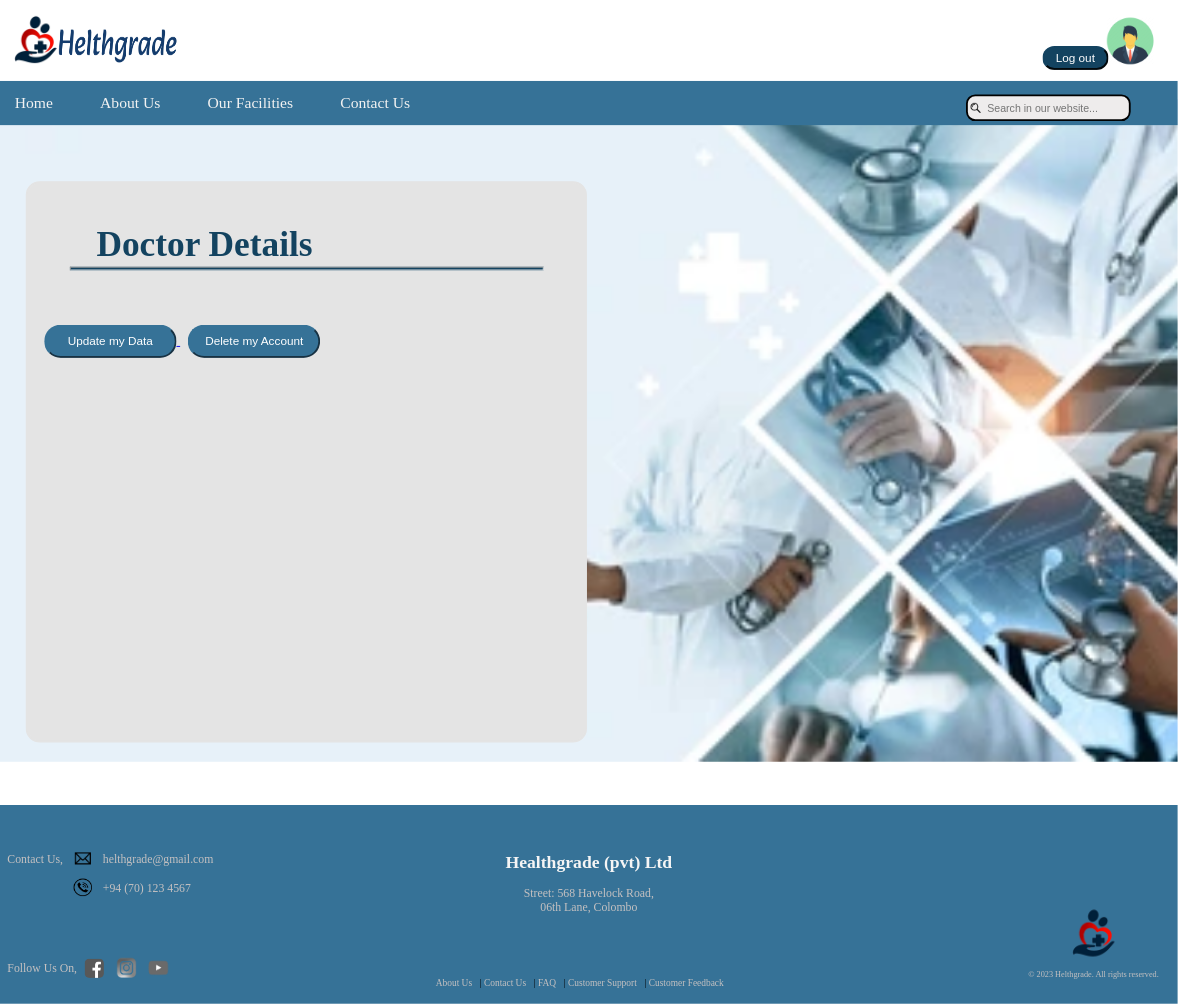
Repository: ILWijewardhana/echannelling-System
Page: http://localhost/echanneling/Doctor.jsp
The author's editor kept a copy of each file at every save. The page is drawn from the files as they stood at one save, then again after the next save.
The browser window is 1280 px wide. The pictures show the whole page, at 92% of full size.
The page is served by Tomcat 9. Other server files are loaded and not shown. The template is opened directly, without the code that normally fills it, so the values that code supplies are empty.

Above is the page before, as saved 2024-05-13 18:03:37.

### echanneling/src/main/webapp/Doctor.jsp
<%@ page language="java" contentType="text/html; charset=ISO-8859-1"
    pageEncoding="ISO-8859-1"%>
    <%@taglib prefix="c" uri="http://java.sun.com/jsp/jstl/core"%>

<!DOCTYPE html>
<html>
<head>
<meta charset="ISO-8859-1">
<title>Doctor account</title>

	 <link rel="stylesheet" href="CSS/doctor.css">
  </head>
  <body>

  <div class="background">
  <div class="blur"></div>
  </div>

  <div class="login">
    <img src="Images/logo.png" id="logo" alt="channel logo">
    <img src="Images/title1.png" id="title" alt="channel title">
    <img src="Images/worker.png" id="pImg" alt="profile image">
  </div>
  <div class="Aname">
    <a href="Home.jsp" id="logout" ><button>Log out</button></a>
  </div>



<!--navigation bar-->
<div class="navBarDiv">
    <div class="topnav">
    <a href="Home.jsp">Home</a>
    <a href="aboutUs.jsp">About Us</a>
    <a href="ourfacility.jsp">Our Facilities</a>
    <a href="contactUs.jsp">Contact Us</a>
</div>

      <div class="search">
        <form style="height: 100%;" onsubmit="return false">
          <input type="search" placeholder="Search in our website..." id="searchBar" onsearch="search()">
          <img src="Images/search.png">
          <script src="JS/searchBar.js"></script>
          <input type="submit" id="searchSubmit">
        </form>
      </div>



   <div id="doc">
    <table  style="width:100%">
        <tr>
            <th align="left">
            <h1>Doctor Details</h1>
            <hr>
            	<table id="table" style="width:90%">
				<c:forEach var ="doc" items ="${docDetails}">

					<c:set var="id" value="${doc.id}"/>
					<c:set var="fname" value="${doc.firstName}"/>
					<c:set var="lname" value="${doc.lastName}"/>
					<c:set var="specialization" value="${doc.specialization}"/>
					<c:set var="address" value="${doc.address}"/>
					<c:set var="email" value="${doc.email}"/>
					<c:set var="phone" value="${doc.phone}"/>
					<c:set var="gender" value="${doc.gender}"/>
					<c:set var="username" value="${doc.username}"/>
					<c:set var="password" value="${doc.password}"/>

					<tr>
						<td>Doctor ID</td>
						<td>${doc.id}</td>
					</tr>
					<tr>
						<td>First Name</td>
						<td>${doc.firstName}</td>
					</tr>
					<tr>
						<td>Last Name</td>
						<td>${doc.lastName}</td>
					</tr>
					<tr>
						<td>Specialization</td>
						<td>${doc.specialization}</td>
					</tr>
					<tr>
						<td>Address</td>
						<td>${doc.address}</td>
					</tr>
					<tr>
						<td>Email</td>
						<td>${doc.email}</td>
					</tr>
					<tr>
						<td>Contact no.</td>
						<td>${doc.phone}</td>
					</tr>
					<tr>
						<td>Gender</td>
						<td>${doc.gender}</td>
					</tr>
					<tr>
						<td>Username</td>
						<td>${doc.username}</td>
					</tr>
					<tr>
						<td>Password</td>
						<td>${doc.password}</td>
					</tr>

				</c:forEach>
				</table>

				<br>
				<br>

				<c:url value="UpdateDoctor.jsp" var="docupdate">
					<c:param name="id" value="${id}"/>
					<c:param name="fname" value="${fname}"/>
					<c:param name="lname" value="${lname}"/>
					<c:param name="specialization" value="${specialization}"/>
					<c:param name="address" value="${address}"/>
					<c:param name="email" value="${email}"/>
					<c:param name="phone" value="${phone}"/>
					<c:param name="gender" value="${gender}"/>
					<c:param name="uname" value="${username}"/>
					<c:param name="Pwd" value="${password}"/>
				</c:url>

                <a href="${docupdate}">
                <input type="button" name="update" class="button1" value="Update my Data">
                </a>

                <c:url value="DeleteDoctor.jsp" var="docdelete">
					<c:param name="id" value="${id}"/>
					<c:param name="fname" value="${fname}"/>
					<c:param name="lname" value="${lname}"/>
					<c:param name="specialization" value="${specialization}"/>
					<c:param name="address" value="${address}"/>
					<c:param name="email" value="${email}"/>
					<c:param name="phone" value="${phone}"/>
					<c:param name="gender" value="${gender}"/>
					<c:param name="uname" value="${username}"/>
					<c:param name="Pwd" value="${password}"/>
				</c:url>

                <a href="${docdelete}">
                <input type="button" name="delete" class="button1" value="Delete my Account">
                </a>

            </th>
        </tr>
    </table>
	<br><br>

	</div>


		   <!--footer-->
    <footer>
        <br><br>
        <table width="30%" class="footerTable">
          <tr>
            <td width="20%">Contact Us,</td>
            <td width="10%"><img src="Images/email.png" width="80%"></td>
            <td style="white-space:nowrap; text-align: left;">helthgrade@gmail.com</td>
          </tr>
          <tr>
            <td></td>
            <td><img src="Images/phone.png" width="55%"></td>
            <td style="text-align: left;">+94 (70) 123 4567</td>
          </tr>
        </table><br><br><br>

        <table width="30%" class="footerTable footerTableHover">
          <tr>
            <td>Follow Us On,</td>
            <td width="10%"><a href="https://www.facebook.com/" target="_blank"><img src="Images/facebook.png" class="fb"></a></td>
            <td width="10%"><a href="https://www.instagram.com/" target="_blank"><img src="Images/insta.png" class="insta"></a></td>
            <td width="10%"><a href="https://www.youtube.com/" target="_blank"><img src="Images/youtube.png" class="yt"></a></td>

            <td width="60%"></td>
          </tr>
        </table><br>

        <div class="address">
          <h2>Healthgrade (pvt) Ltd</h2>
          <p>Street: 568 Havelock Road,<br>06th Lane, Colombo</p>
        </div>

        <div class="hyperLinks">
          <p>
            <a href="aboutUs.jsp">About Us</a> |
            <a href="contactUs.jsp">Contact Us</a> |
            <a href="FAQ.jsp">FAQ</a> |
            <a href="customerSupport.jsp">Customer Support</a> |
            <a href="CustomerFeedback.jsp">Customer Feedback</a>
          </p>
        </div>
        <br><br>

        <div class="bottomLogo">
          <img src="Images/logo.png">
          <p>&copy; 2023 Helthgrade. All rights reserved.</p>
        </div>

      </footer>
    </body>
  </html>

### echanneling/src/main/webapp/CSS/doctor.css
@charset "ISO-8859-1";
body{
    margin: 0px;
    padding: 0px;
    background-color:white;


}

.background{
	position:absolute;
	top:15%;
	left:0%;
	width:100%;
	min-height:100%;
	background-image:url("../Images/bgi.png");
	background-repeat: no-repeat;
	background-size: cover;
	z-index: -1;
	filter:blur(0px);
}

#logo{
    margin: 1%;
    position: absolute;
    margin-top: -1%;
    width: 6vw;
    margin-left: 0%;

}

#title{
    position: absolute;
    width: 10vw;
    margin-top: 1%;
    margin-left: 5%;
    margin-right: auto;
    height: 5%;

}

.login{
    margin-top: 1.5%;
}

#pImg {
    margin-right: 2%;
    width: 4%;
    float: right;
    margin-top:0%
  }
  .Aname h3{
    font-size: 1.3vw;
    text-align: right;
    font-family: Arial, Helvetica, sans-serif;
    margin-top:2%;
    color: #134360;
  }

  a{
    margin-right: 1.5%;
 }

 .Aname button{
    position: absolute;
    height: 3.5vh;
    width: 10vh;
    border-radius: 2vw;
    font-size: 1vw;
    color: white;
    background-color: #134360;
    cursor: pointer;
    transition: 1s;
    left: 88.5%;
    border-color:#134360 ;
    top: 7%;
  }
  .Aname button:hover {
    filter: drop-shadow(0 0 3px #000);
    transform: scale(1);
    transition: 1s;
  }

  /* navigation bar */

.topnav {
    margin-top: 4%;
    overflow: hidden;
    background-color: #367297;
  }

.topnav a {
    float: left;
    color: #f2f2f2;
    text-align: center;
    padding: 14px 16px;
    text-decoration: none;
    font-size: 17px;
  }

.topnav a:hover {
    background-color: #eeecec;
    color: black;
  }

.topnav a.active {
    background-color: #134360;
    color: white;
  }


/*search bar*/
.search {
    width: 14vw;
    height: 4vh;
    margin-left: 82%;
    margin-top: -1.5%;
    transform: translateY(-50%);
    transition: 1s;
  }

.search input {
    margin-bottom: 2%;
    border-color: black;
    background-color:#eeecec;
    border: 2px solid ;
    border-radius: 10px;
    padding-left: 12%;
    width: 100%;
    height: 100%;
    font-size: 1vw;
    transition: 1s;
    color: black;
  }
.search input::placeholder {

    font-size: .9vw;
  }

.search input::-ms-input-placeholder {
    color: grey;
  }

.search img {
    width: .9vw;
    position: absolute;
    left: 3%;
    top: 50%;
    transform: translateY(-50%);
  }

.search input[type=submit] {
    visibility: hidden;
  }

  #doc {
    border: 2px solid ;
    border-color: #e4e4e4;
    border-radius: 15px;
    width: 45%;
    height: 80vh;
    position: relative;
    margin-top: 4%;
    left: 26%;
    transform: translate(-50%);
    transition: 1s;
    background-color:#e4e4e4;
    padding: 15px;
  }
  #doc h1 {
    font-size: 3vw;
    margin-left:10%;
    transition: 1s;
    color:#134360;
  }

  #doc hr{
     height:2px;
      width:90%;
     margin-left:5%;
      background-color: #134360;
      margin-top:-4%;
  }



  #table {
	  font-family: Arial, Helvetica, sans-serif;
	  border-collapse: collapse;
	  width: 100%;
	  border-radius:10px;
	  margin-left:5%;
	  margin-top:4%;
	}
	#table td, #doct th {
	  border: 1px solid #ddd;
	  padding: 8px;
	}
	#table tr:nth-child(even){background-color: #f2f2f2;}
	#table tr:hover {background-color: #ddd;}
	#table th {
	  padding-top: 12px;
	  padding-bottom: 12px;
	  text-align: left;
	  background-color: #04AA6D;
	  color: white;
	}

	.btn1{
	background-color: #367297;
	height: 5vh;
    width: 20vh;
    border-radius: 2vw;
    font-size: 1vw;
    color: white;
    border-color:#367297 ;
    transition: 1s;
	}

  .btn1:hover {
    filter: drop-shadow(0 0 3px #000);
    transform: scale(1);
    transition: 1s;
  }

  .button1{
	background-color: #367297;
	height: 5vh;
    width: 20vh;
    border-radius: 2vw;
    font-size: 1vw;
    color: white;
    border-color:#367297 ;
    transition: 1s;
	}

  .button1:hover {
    filter: drop-shadow(0 0 3px #000);
    transform: scale(1);
    transition: 1s;
  }

  .button2{
	background-color: #367297;
	height: 5vh;
    width: 20vh;
    border-radius: 2vw;
    font-size: 1vw;
    color: white;
    border-color:#367297 ;
    transition: 1s;
    margin-top:3%;
    margin-left:2%;
	}

  .button2:hover {
    filter: drop-shadow(0 0 3px #000);
    transform: scale(1);
    transition: 1s;
  }

   /* footer */

footer {
    display: block;
    box-sizing: border-box;
    position: relative;
    padding: 5px 5px 0px 5px;
    left: 0px;
    right: 0px;
    bottom: -10px;
    margin-top: 8vh;
    overflow: hidden;
    width: 100%;
    background-color: #367297;
    height: 30vh;
  }
  .footerTable td {
    font-size: 105%;
    font-size: 1vw;
    margin-top: 5vh;
    color: rgb(197, 193, 193);
  }
  .footerTable tr td {
    text-align: center;
    margin-top: 4vh;
  }
  .footerTable td:first-child {
    width: 1%;
    white-space: nowrap;
  }
  .socials {
    position: absolute;
    margin-top: -2.1%;
    margin-left: 4%;
  }
  .fb {
    margin-top: 10%;
    width: 70%;
    border-radius: 5px;
  }
  .insta {
    margin-top: 10%;
    width: 70%;
  }
  .yt {
    margin-top: 10%;
    width: 80%;
  }
  .tiktok {
    margin-top: 10%;
    width: 70%;
    border-radius: 5px;
  }
  .footerTableHover img:hover {
    transform: scale(110%);
    filter: drop-shadow(0px 0px 1px #000);
  }
  .address {
    position: absolute;
    top: 32%;
    left: 50%;
    transform: translate(-50%, -50%);
    text-align: center;
  }
  .address h2 {
    margin-top: 25%;
    font-size: 1.5vw;
    color:whitesmoke;
  }
  .address p {
    font-size: 1vw;
    color: rgb(197, 193, 193);
  }
  .hyperLinks {
    position: absolute;
    font-size: .8vw;
    top: 90%;
    left: 52%;
    transform: translate(-50%, -50%);
    width: 30%;
  }
  .hyperLinks p a {
    text-decoration: none;
    color: rgb(197, 193, 193);
  }
  .hyperLinks p a:hover {
    color:black;
  }
  .hyperLinks .currentFooter {
    font-weight: bold;
  }
  .hyperLinks .currentFooter:hover {
    cursor: default;
  }
  .bottomLogo {
    padding: 5px;
    position: absolute;
    right: 0;
    width: 15vw;
    height: fit-content;
    top: 50%;
    transform: translate(0, -45%);
  }
  .bottomLogo img {
    position: relative;
    width: 40%;
    margin-top: 35%;
    left: 35%;
  }
  .bottomLogo p {
    position: relative;
    font-size: .7vw;
    text-align: center;
    margin-top: -2%;
    color: rgb(197, 193, 193);
    left: 5%;
  }

### echanneling/src/main/webapp/JS/searchBar.js
/**
 *
 */function search()
{
    var text = document.getElementById("searchBar").value;
    text = text.toLowerCase();
    if(text == 'home')
    {
        window.location = "../HTML/Home.html";
    }
    else if(text == 'our work')
    {
        window.location = "../HTML/ourWork.html";
    }
    else if(text == 'admin login')
    {
        window.location = "../HTML/adminLogin.html";
    }
    else if(text == 'employee login')
    {
        window.location = "../HTML/employeeLogin.html";
    }
    else if(text == 'login')
    {
        window.location = "../HTML/login.html";
    }
    else if(text == 'customer support')
    {
        window.location = "../HTML/customerSupport.html";
    }
    else if(text == 'feedback')
    {
        window.location = "../HTML/feedback.php";
    }
    else if(text == 'what we do')
    {
        window.location = "../HTML/whatWeDo.html";
    }
    else if(text == 'about us' || text == 'who we are')
    {
        window.location = "../HTML/aboutUs.html";
    }
    else if(text == 'contact us')
    {
        window.location = "../HTML/contactUs.html";
    }
    else if(text == 'faq')
    {
        window.location = "../HTML/FAQ.html";
    }
    else if(text == 'register')
    {
        window.location = "../HTML/register.html";
    }
    else
    {
        alert("No such webpage available. Try 'home'");
    }
    console.log(text);
}

After the next save:
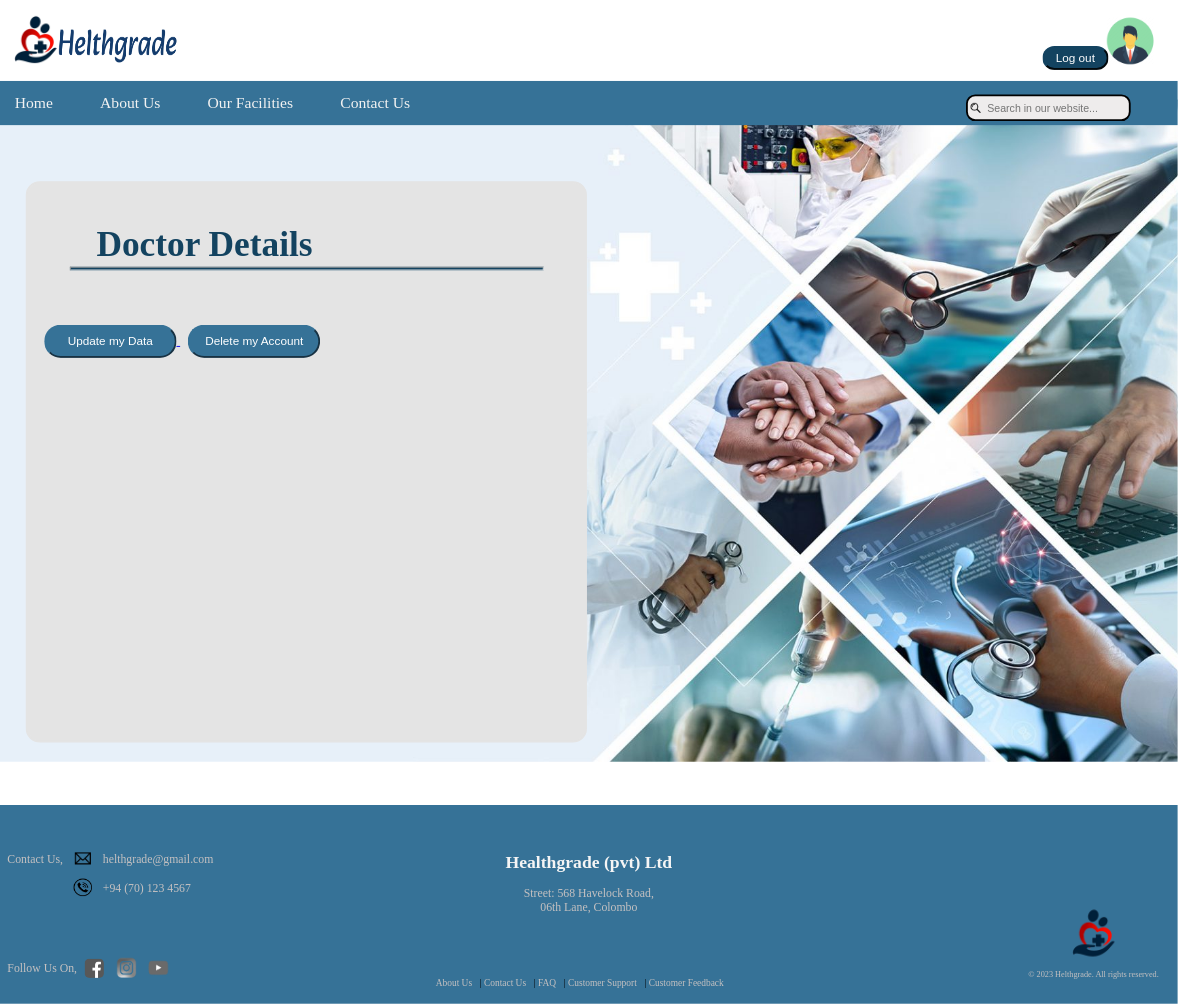
Saved 103 s later.
--- a/echanneling/src/main/webapp/CSS/doctor.css
+++ b/echanneling/src/main/webapp/CSS/doctor.css
@@ -13,7 +13,7 @@ body{
 	left:0%;
 	width:100%;
 	min-height:100%;
-	background-image:url("../Images/bgi.png");
+	background-image:url("../Images/bg.png");
 	background-repeat: no-repeat;
 	background-size: cover;
 	z-index: -1;
